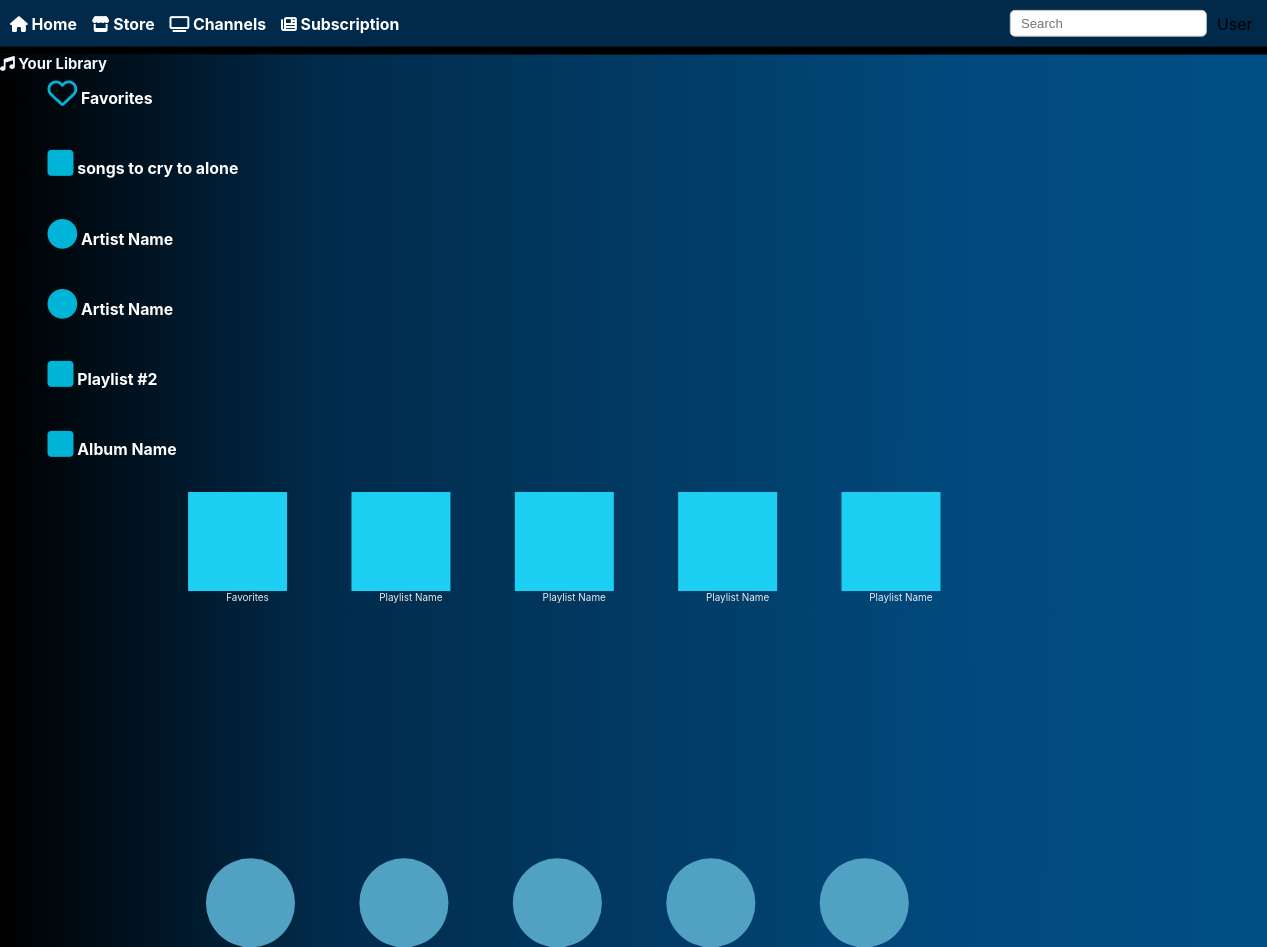
Repository: gordonnrat/group-2-project
Page: / (app in source-code/)
These files come from the project's save history. The page is drawn as it stood at one moment and after the next save; the edit follows.
The browser window is 1280 px wide. The pictures show the whole page, at 99% of full size.
The project was rebuilt for these pictures with package versions that can differ from the ones it lists, and the page was loaded fresh each time. Also part of the build but not shown: source-code/src/App.css, source-code/src/App.js, source-code/src/components/pages/Login.js.

Above is the page before, as saved 2023-08-01 15:26:48.

### source-code/src/index.js
import React from 'react';
import ReactDOM from 'react-dom';
import './index.css';
import reportWebVitals from './reportWebVitals';
import {
  BrowserRouter as Router,
  Routes,
  Route,
  Link
} from "react-router-dom";

import App from './App';
import Home from './components/pages/Home';
import Login from './components/pages/Login';

ReactDOM.render(
  <React.StrictMode>
    <Router>
      <Routes>
        <Route path="/" element={<Home />} />
        <Route path="/login" element={<Login />} />
        {/* Add more routes here */}
        <Route path="/group-2-project" element={<Link to="/" />} />
      </Routes>
    </Router>
  </React.StrictMode>,
  document.getElementById('root')
);

// If you want to start measuring performance in your app, pass a function
// to log results (for example: reportWebVitals(console.log))
// or send to an analytics endpoint. Learn more: https://bit.ly/CRA-vitals
reportWebVitals();

### source-code/src/index.css
body {
  margin: 0;
  font-family: -apple-system, BlinkMacSystemFont, 'Segoe UI', 'Roboto', 'Oxygen',
    'Ubuntu', 'Cantarell', 'Fira Sans', 'Droid Sans', 'Helvetica Neue',
    sans-serif;
  -webkit-font-smoothing: antialiased;
  -moz-osx-font-smoothing: grayscale;
}

code {
  font-family: source-code-pro, Menlo, Monaco, Consolas, 'Courier New',
    monospace;
}

body {
  background: linear-gradient(0.25turn,black,#012A4A, #013A63, #01497C,#014F86);


}

### source-code/src/components/pages/Home.js
// Home.js

import React from "react";
import { Link } from "react-router-dom";
import Navbar from "../Navbar";
import "./js.css";

function Home() {
  return (
    <div>
      <Navbar />
      <h1 className="top-heading">
        <i className="fas fa-music"></i> Your Library
      </h1>
      <div className="main-container">
        <div className="squares-container">
          {/* Square 1 */}
          <Link to="/favorites">
            <div className="square-container">
              <div className="text">Favorites</div>
              <div className="square square-red"></div>
            </div>
          </Link>

          {/* Square 2 */}
          <Link to="/Playlist">
            <div className="square-container">
              <div className="text">Playlist Name</div>
              <div className="square square-blue"></div>
            </div>
          </Link>

          {/* Square 3 */}
          <Link to="/Playlist">
            <div className="square-container">
              <div className="text">Playlist Name</div>
              <div className="square square-green"></div>
            </div>
          </Link>

          {/* Square 4 */}
          <Link to="/Playlist">
            <div className="square-container">
              <div className="text">Playlist Name</div>
              <div className="square square-orange"></div>
            </div>
          </Link>

          {/* Square 5 */}
          <Link to="/Playlist">
            <div className="square-container">
              <div className="text">Playlist Name</div>
              <div className="square square-purple"></div>
            </div>
          </Link>
        </div>

        <div className="circles-container">
          {/* Circle 1 */}
          <Link to="/Playlist">
            <div className="circle-container">
              <div className="circle"></div>
            </div>
          </Link>

          {/* Circle 2 */}
          <Link to="/Playlist">
            <div className="circle-container">
              <div className="circle"></div>
            </div>
          </Link>

          {/* Circle 3 */}
          <Link to="/Playlist">
            <div className="circle-container">
              <div className="circle"></div>
            </div>
          </Link>

          {/* Circle 4 */}
          <Link to="/Playlist">
            <div className="circle-container">
              <div className="circle"></div>
            </div>
          </Link>

          {/* Circle 5 */}
          <Link to="/Playlist">
            <div className="circle-container">
              <div className="circle"></div>
            </div>
          </Link>




        </div>
      </div>
    </div>
  );
}

export default Home;

### source-code/src/components/Navbar.js
import React from "react";
import { Link } from "react-router-dom";
import "./Navbar.css";
import "@fortawesome/fontawesome-free/css/all.min.css";

function Navbar() {
  return (
    <div>
      {/* Main Navbar */}
      <nav className="navbar">
        <ul className="left-nav">
          <li>
            <Link to="/">
              <i className="fas fa-home"></i> Home
            </Link>
          </li>
          <li>
            <Link to="/Store">
              <i className="fas fa-store"></i> Store
            </Link>
          </li>
          <li>
            <Link to="/Channels">
              <i className="fas fa-tv"></i> Channels
            </Link>
          </li>
          <li>
            <Link to="/Subscription">
              <i className="fas fa-newspaper"></i> Subscription
            </Link>
          </li>
        </ul>
        <div className="right-nav">
          <input type="text" placeholder="Search" />
          <div className="user-section">
            {/* Your user-related elements can go here */}
            <span>User</span>
          </div>
        </div>
      </nav>

      {/* Sidebar */}
      <aside className="sidebar">
        {/* Your sidebar content can go here */}
        <ul>
          <li>
            <Link to="/Favorites">
              <i className="far fa-heart"></i> Favorites
            </Link>
          </li>
          <li>
            <Link to="/songs to cry to alone">
              <i className="fas fa-square"></i> songs to cry to alone

            </Link>
          </li>
          {/* Add more sidebar items as needed */}

          <li>
          <Link to="/Artist Name">
              <i className="fas fa-circle"></i> Artist Name
            </Link>
            </li>


            <li>
            <Link to="/Artist Name">
              <i className="fas fa-circle"></i> Artist Name
            </Link>
            </li>

            <li>
            <Link to="/Playlist">
              <i className="fas fa-square"></i> Playlist #2
            </Link>
            </li>
            <li>
            <Link to="/Album Name">
              <i className="fas fa-square"></i> Album Name
            </Link>
            </li>













        </ul>
      </aside>
    </div>
  );
}

export default Navbar;

### source-code/src/components/pages/js.css
/* js.css */

.main-container {
  display: flex;
  flex-direction: column;
  align-items: center;
  justify-content: center;
  margin-top: 20px;
}

.squares-container {
  display: flex;
  justify-content: space-between;
  max-width: 800px;
  margin: 0 auto;
}

.square-container {
  margin-right: 65px;
  position: relative; /* Add this line to create a positioning context */
}

.text {
  position: absolute;
  top: 100px;
  left: 10%;
  font-size: 10px;
  color: rgb(234, 237, 240);
  transform: translateX(-50%);
}

.square {
  width: 100px;
  height: 100px;
  background-color: rgb(29, 207, 242);
  top: 0; /* Move the square to the top */
  left: 50%;
  transform: translateX(-50%);
}

.top-heading {
  position: absolute;
  top: 45px;
  left: 0;
  font-size: 15px;
  color: aliceblue;
}

/* Add styles for the circles */

.circles-container {
  display: flex;
  justify-content: center;
  align-items: flex-start;
  margin-top: 20px;
}

.circle-container {
  margin-right: 155px;
  position: relative;
}

.circle {
  width: 90px;
  height: 90px;
  border-radius: 50%;
  background-color: rgb(81, 161, 195); /* You can set the color for the circles */
  position: absolute;
  top: 250px; /* Adjust the vertical position of the circles below the squares */
  left: 30%; /* Horizontally center the circles */
  transform: translateX(-50%);
}

### source-code/src/components/Navbar.css

/* Navbar.css */

/* Navbar.css */

.navbar {
    background-color: #012A4A;
    padding: 10px;
    display: flex;
    justify-content: space-between;
    align-items: center;

    /* Add border line to the bottom of the navigation bar */
    border-bottom: 8px solid black; /* Replace #fff with your desired border color */
}



.left-nav {
    list-style-type: none;
    margin: 0;
    padding: 0;
    display: flex;
    align-items: center;
}

.left-nav li {
    margin-right: 15px;
}

.left-nav li:last-child {
    margin-right: 0;
}

.left-nav li a {
    text-decoration: none;
    color:white;

    font-size: 16px;
    font-weight: bold;
}

.left-nav li a:hover {
    color: white;
}

.right-nav {
    display: flex;
    align-items: center;
}

.right-nav input[type="text"] {
    padding: 5px 10px;
    border: 1px solid #ccc;
    border-radius: 5px;
    margin-right: 10px;
}

.user-section {
    display: flex;
    align-items: center;
}

.user-section span {
    margin-right: 5px;
}

.user-section img {
    width: 30px;
    height: 30px;
    border-radius: 50%;
}




  .sidebar li a {
    display: block;
    padding: 8px;
    color: white;
    text-decoration: none;
    position: relative;
  }

  .sidebar li {
    margin-bottom: 25px; /* Add space between each sidebar item */
  }

  .sidebar li a i {
    font-size: 30px;
    color: #00B4D8;
    position: relative;
    z-index: 2; /* Set z-index to place the icons in front of the border line */
  }


  .sidebar li a {
    text-decoration: none;
    color: white;
    font-size: 16px;
    font-weight: bold;
}

Loaded but not shown: source-code/public/index.html (common file); source-code/src/reportWebVitals.js (common file)

After the next save:
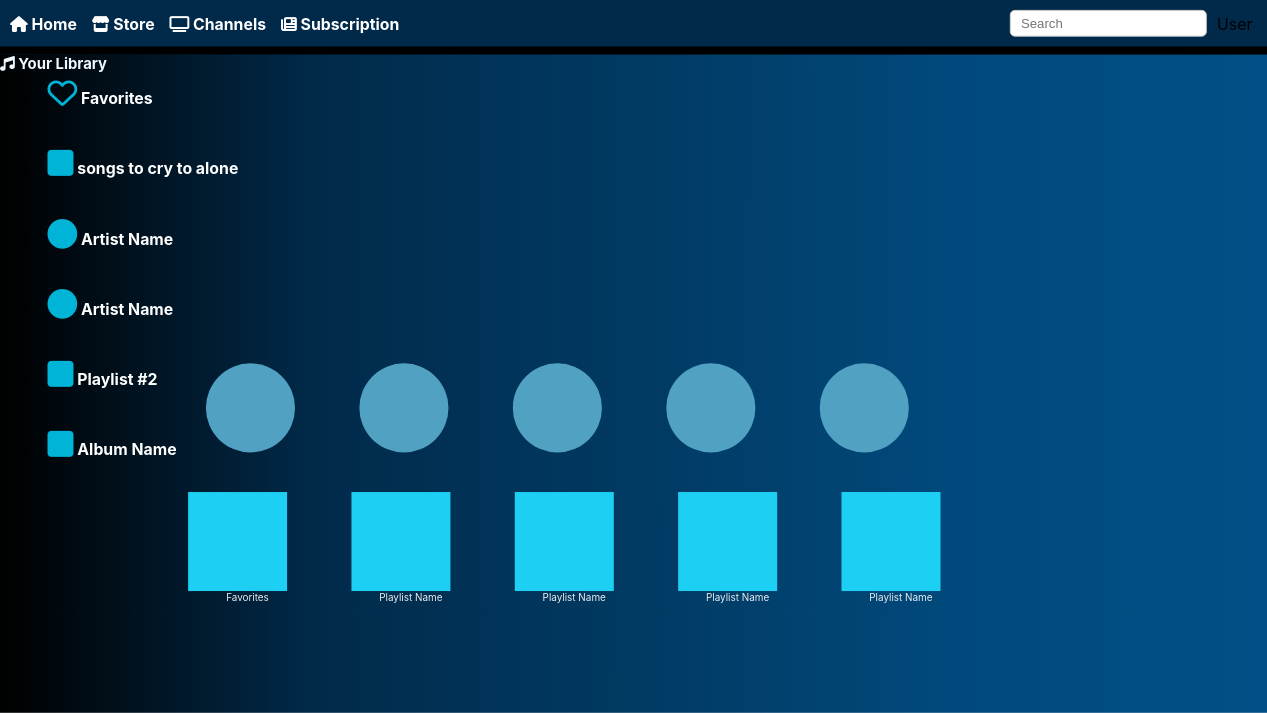
Saved 16 s later.
--- a/source-code/src/components/pages/js.css
+++ b/source-code/src/components/pages/js.css
@@ -66,7 +66,7 @@
   border-radius: 50%;
   background-color: rgb(81, 161, 195); /* You can set the color for the circles */
   position: absolute;
-  top: 250px; /* Adjust the vertical position of the circles below the squares */
+  top: -250px; /* Adjust the vertical position of the circles below the squares */
   left: 30%; /* Horizontally center the circles */
   transform: translateX(-50%);
 }
